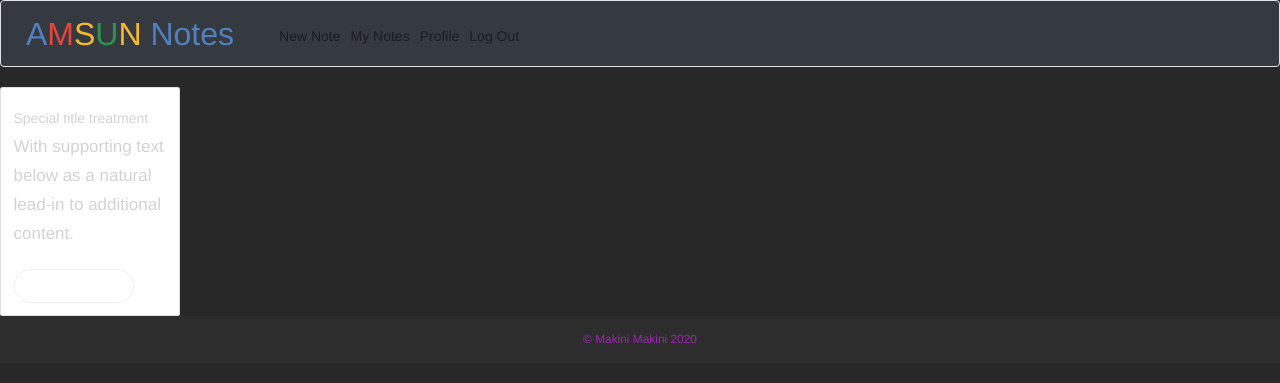
Repository: MakiniMakini/AMSUN-NOTES
Page: http://localhost/my_notes
The author's editor kept a copy of each file at every save. The page is drawn from the files as they stood at one save, then again after the next save.
The browser window is 1280 px wide. The pictures show the whole page.
Some web fonts or font styles are not loaded; a fallback is used. The page is served by the project's application, run on Flask 3 (application.py). The session is filled in as if someone had signed in: {"user_id": 1}.

Above is the page before, as saved 2020-12-20 16:30:52.

After the next save:
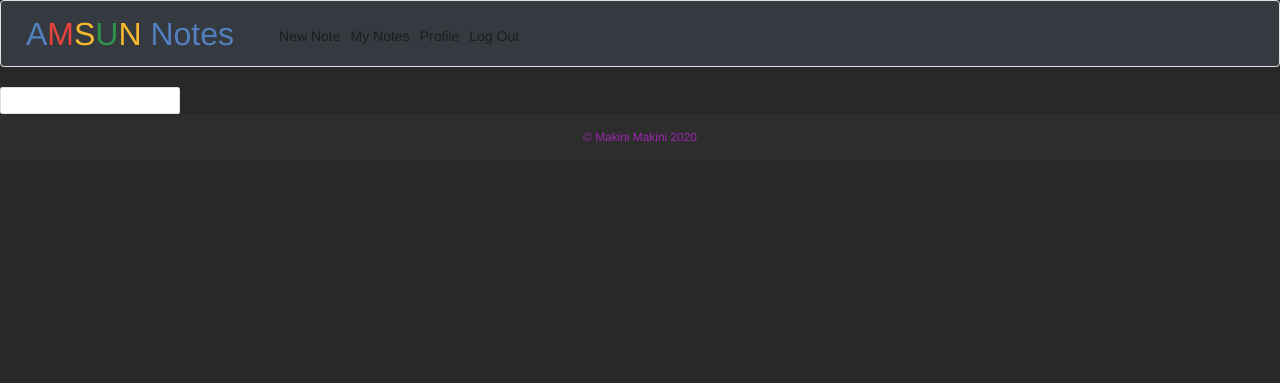
Saved 2 min 32 s later.
--- a/templates/my_notes.html
+++ b/templates/my_notes.html
@@ -8,9 +8,14 @@
 
 <div class="card" style="width: 18rem;">
     <div class="card-body">
-      <h5 class="card-title">Special title treatment</h5>
-      <p class="card-text">With supporting text below as a natural lead-in to additional content.</p>
+
+      {% for item in notes %}
+      <h5 class="card-title">{{item.title}}</h5>
+      <p class="card-text">{{item.notes}}</p>
       <a href="#" class="btn btn-primary">Go somewhere</a>
+      {% endfor %}
+
+
     </div>
 </div>
 
